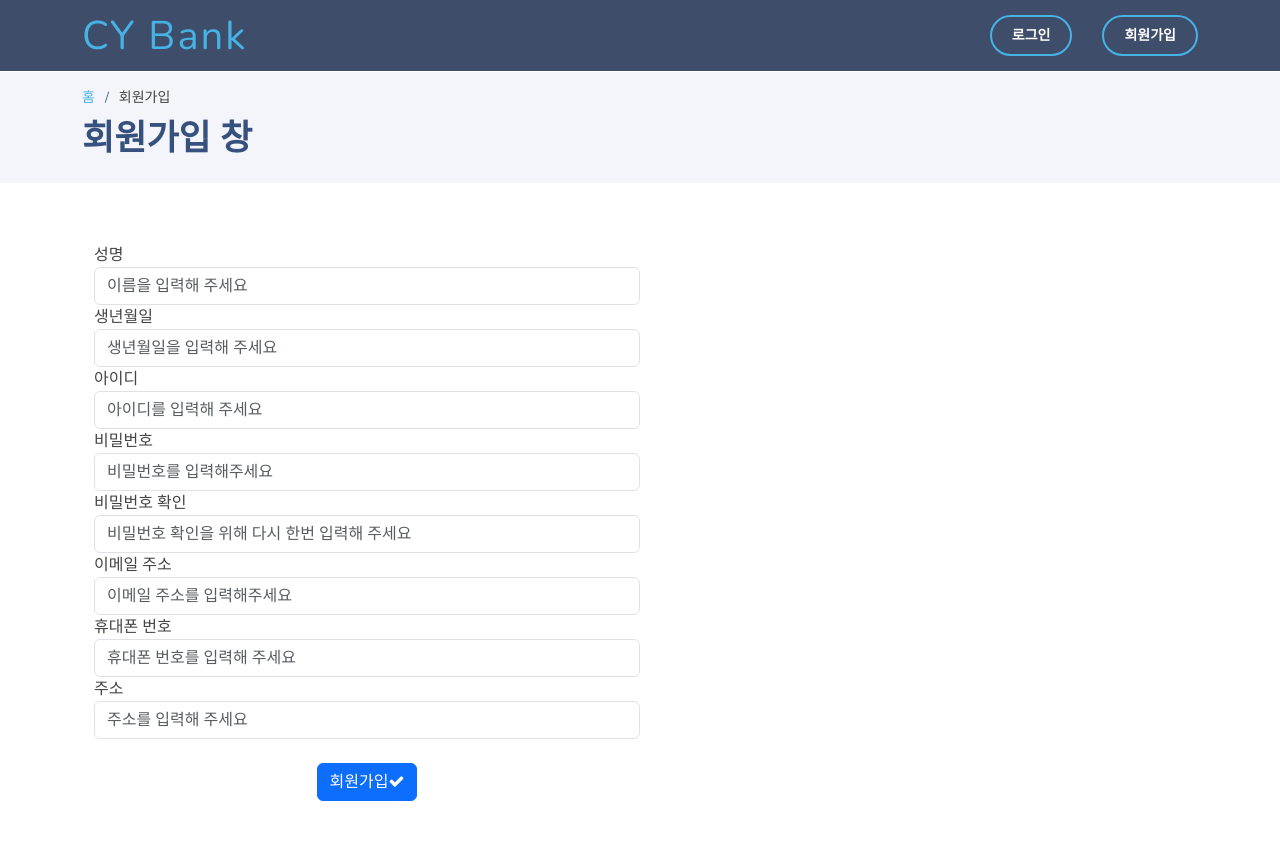
Repository: scy0814/Spring
Page: http://localhost/CYBank/jsp/login/SignUp.jsp
An editor plug-in stored every save of this project. The page is shown before and after the next save, followed by the edit.
The browser window is 1280 px wide. The pictures show the whole page.
Some web libraries are served in a nearby version. The page is served by Tomcat 9.

Above is the page before, as saved 2023-07-02 02:32:54.

After the next save:
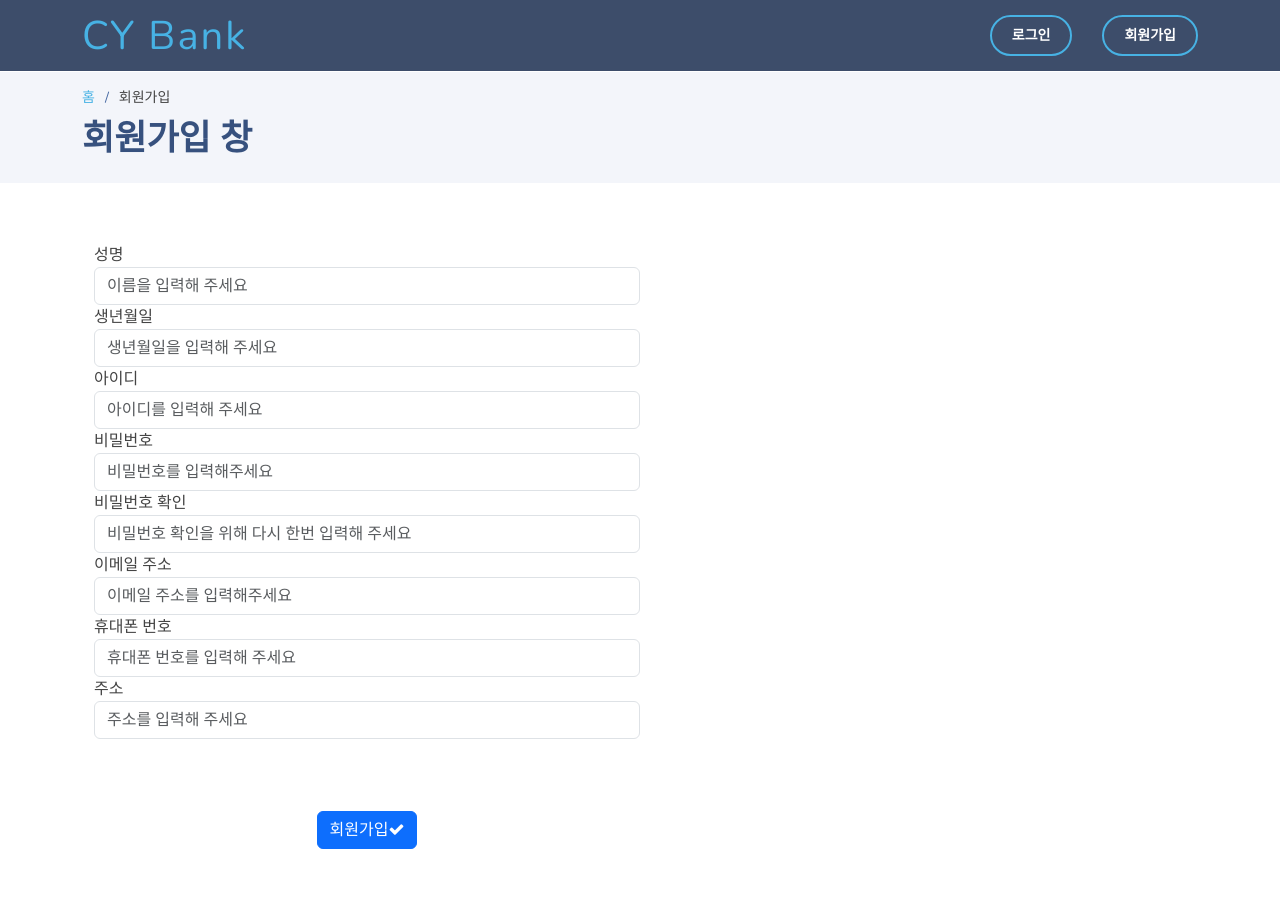
Saved 11 s later.
--- a/CYBank/src/main/webapp/jsp/login/SignUp.jsp
+++ b/CYBank/src/main/webapp/jsp/login/SignUp.jsp
@@ -75,7 +75,7 @@
                     <div class="form-group">
                         <label for="inputtelNO">주소</label>
                         <input type="tel" class="form-control" id="inputtelNO" name="address" placeholder="주소를 입력해 주세요">
-                    </div><br>
+                    </div><br><br><br>
 
                     <div class="form-group text-center">
                         <button type="submit" id="join-submit" class="btn btn-primary">
